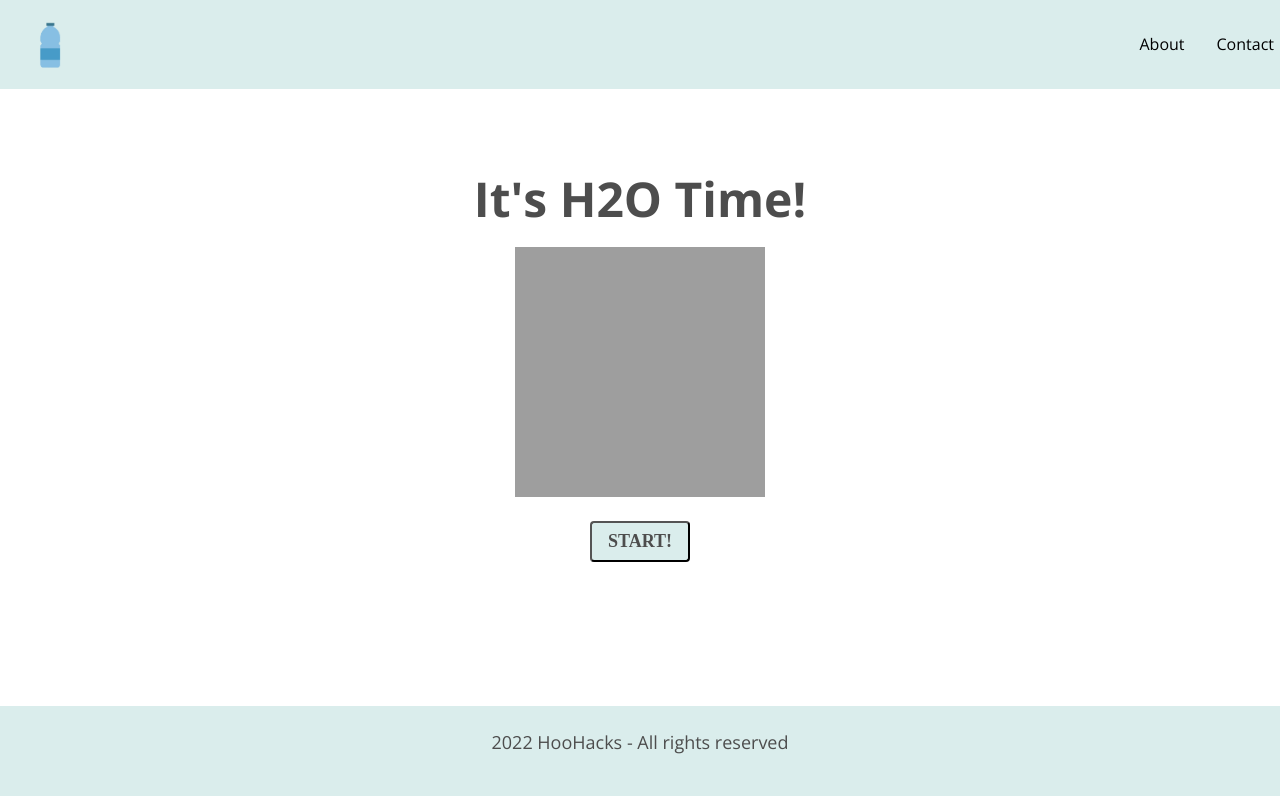
Repository: jennyjjung/H2ODaily
Page: index.html
An editor plug-in stored every save of this project. The page is shown before and after the next save, followed by the edit.
The browser window is 1280 px wide. The pictures show the whole page.
Pictures or frames that could not be fetched are drawn as grey boxes. Some web fonts or font styles are not loaded; a fallback is used.

Above is the page before, as saved 2022-03-26 18:30:39.

After the next save:
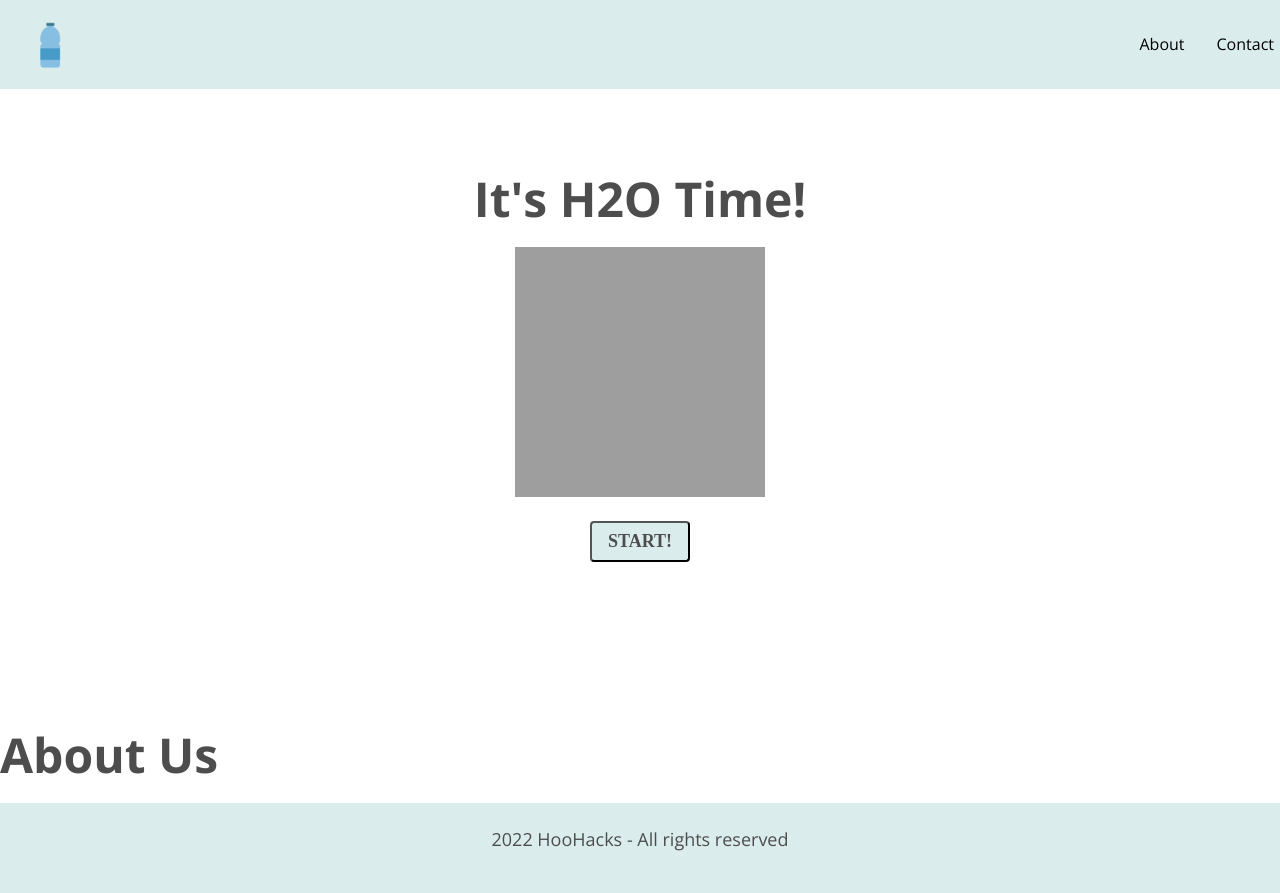
Saved 98 s later.
--- a/index.html
+++ b/index.html
@@ -30,6 +30,11 @@
     </div>
   </section>
 
+  <section id="about">
+    <h1>About Us</h1>
+    <p></p>
+  </section>
+
   <section id="bottom">
     <div class= "bottom__container">
       <p class="bottom__rights">2022 HooHacks - All rights reserved</p>
